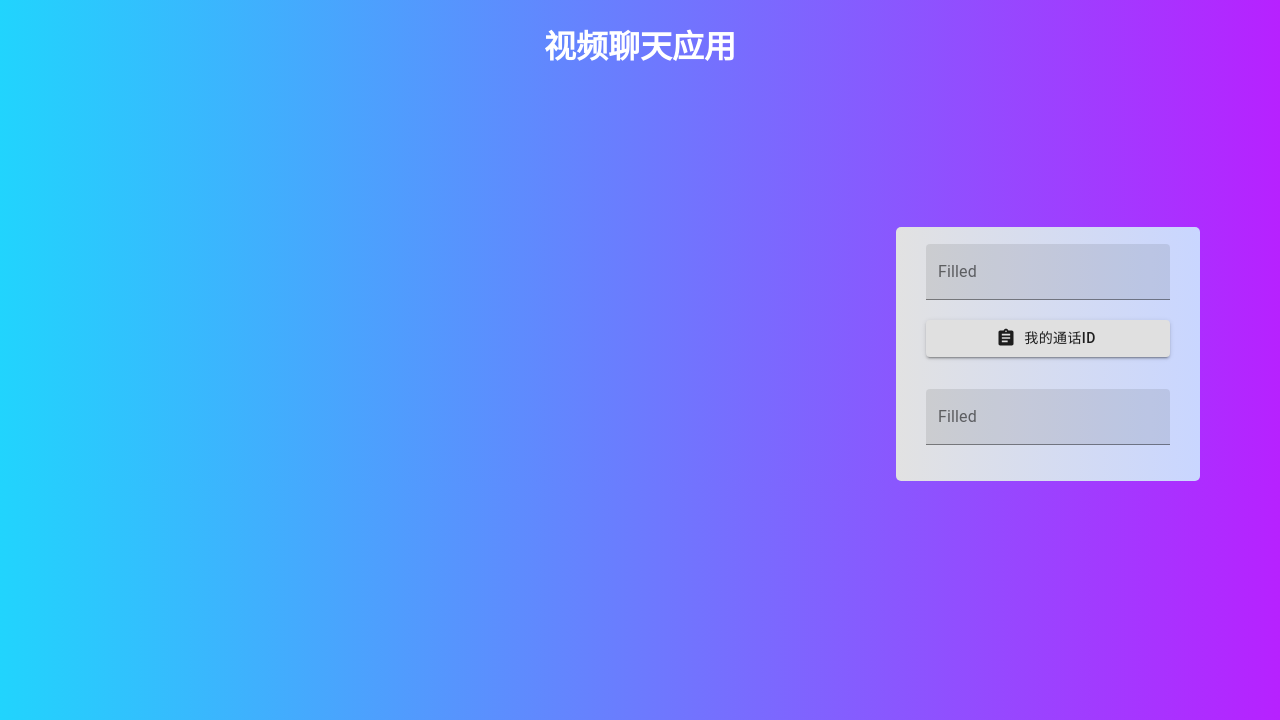
Repository: CodeFreedom-A/webRtc
Page: /
The author's editor kept a copy of each file at every save. The page is drawn from the files as they stood at one save, then again after the next save.
The browser window is 1280 px wide. The pictures show the whole page.
The page's requests for data from a server got no answer. The project was rebuilt for these pictures with package versions that can differ from the ones it lists, and the page was loaded fresh each time. No one was signed in, and anything a server would have sent is missing.

Above is the page before, as saved 2022-12-21 17:19:02.

### src/App.js
/*
 * @Author: sunheng
 * @Date: 2022-12-21 15:50:22
 * @LastEditors: sunheng
 * @LastEditTime: 2022-12-21 17:19:02
 * @Description: 请填写简介
 */

import Button from "@material-ui/core/Button";
import IconButton from "@material-ui/core/IconButton";
import TextField from "@material-ui/core/TextField";
import AssignmentIcon from "@material-ui/icons/Assignment";
import PhoneIcon from "@material-ui/icons/Phone";
import React, { useEffect, useRef, useState } from "react";
import { CopyToClipboard } from "react-copy-to-clipboard";
import Peer from "simple-peer";
import io from "socket.io-client";
import "./App.css";
// 客户端socket链接
const socket = io.connect("http//localhost:5000");
function App() {
  const [stream, setStream] = useState(null);
  const [name, setName] = useState(null);
  const [idToCall, setIdToCall] = useState(null);
  const Myvideo = useRef();
  const [me, setMe] = useState("");
  //
  useEffect(() => {
    navigator.mediaDevices
      .getUserMedia({ video: true, audio: true })
      .then((res) => {
        console.log(res);
        setStream(res);
        Myvideo.current.srcObject = res;
      })
      .catch((err) => {
        console.log("没有摄像头", err);
      });
  }, []);
  return (
    <>
      <h1 style={{ textAlign: "center", color: "#fff" }}>视频聊天应用</h1>
      <div className="container">
        {/* 视频容器 */}
        <div className="video-container">
          <div className="video">
            <video
              playsInline
              muted
              autoPlay
              style={{ width: "500px" }}
              ref={Myvideo}
            ></video>
          </div>
        </div>

        <div className="myId">
          <TextField
            id="filled-basic"
            label="Filled"
            variant="filled"
            value={name}
            style={{ marginBottom: "20px" }}
            onChange={(e) => setName(e.target.value)}
          />
          <CopyToClipboard text={me} style={{ marginBottom: "2rem" }}>
            <Button
              variant="contained"
              startIcon={<AssignmentIcon fontSize="large" />}
            >
              我的通话ID
            </Button>
          </CopyToClipboard>
          <TextField
            id="filled-basic"
            label="Filled"
            variant="filled"
            value={idToCall}
            style={{ marginBottom: "20px" }}
            onChange={(e) => setIdToCall(e.target.value)}
          />
        </div>
      </div>
    </>
  );
}

export default App;

### src/App.css
.container {
  display: grid;
  grid-template-columns: 7fr 3fr;
  margin-top: 10rem;
}


.video-container {
  display: grid;
  grid-template-columns: 1fr 1fr;
  justify-content: center;
  align-content: center;

  margin-left: 10rem;
}


/* 右侧面板 */

.myId {
  margin-right: 5rem;
  border-radius: 5px;
  background: #c9d6ff;
  background: linear-gradient(to right,
      #e2e2e2,
      #c9d6ff);

  padding: 1rem;
  display: grid;
  justify-content: center;
  align-content: center;
}

.call-button {
  text-align: center;
  margin-top: 2rem;
}



.caller {
  text-align: center;
  color: #fff;
}

body {
  background-image: linear-gradient(to right, #21D4FD 0%, #B721FF 100%);

}

Loaded but not shown: public/index.html (common file); src/index.js (common file); src/index.css (common file); src/reportWebVitals.js (common file)

After the next save:
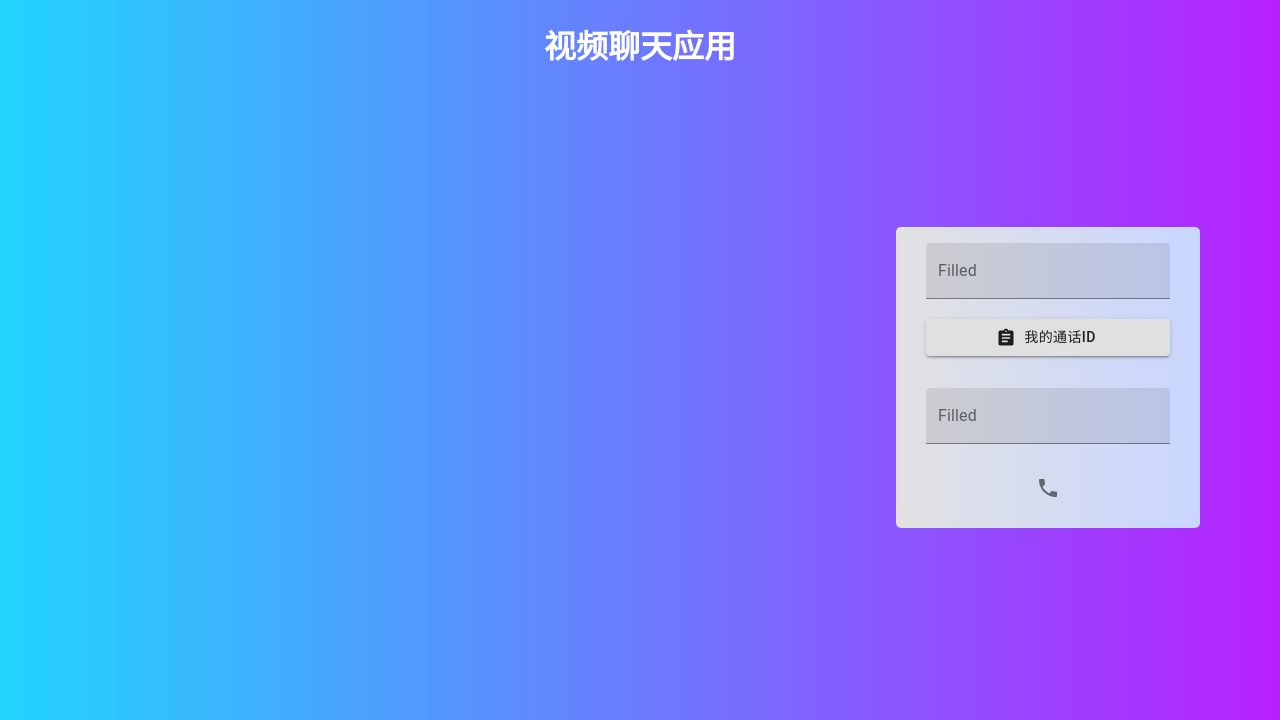
Saved 43 s later.
--- a/src/App.js
+++ b/src/App.js
@@ -79,6 +79,9 @@ function App() {
             style={{ marginBottom: "20px" }}
             onChange={(e) => setIdToCall(e.target.value)}
           />
+          <IconButton>
+            <PhoneIcon></PhoneIcon>
+          </IconButton>
         </div>
       </div>
     </>
